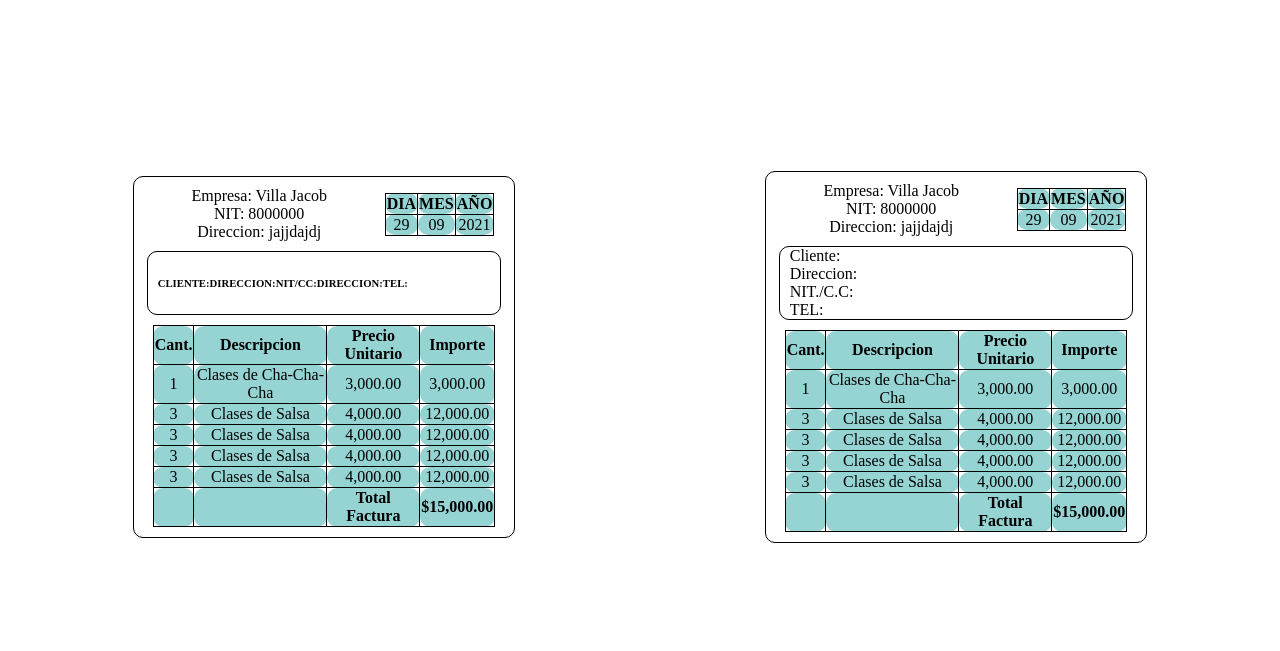
Repository: MrVanQish/FacturaEstructura
Page: index.html
These files come from the project's save history. The page is drawn as it stood at one moment and after the next save; the edit follows.
The browser window is 1280 px wide. The pictures show the whole page.

Above is the page before, as saved 2021-09-29 11:58:20.

After the next save:
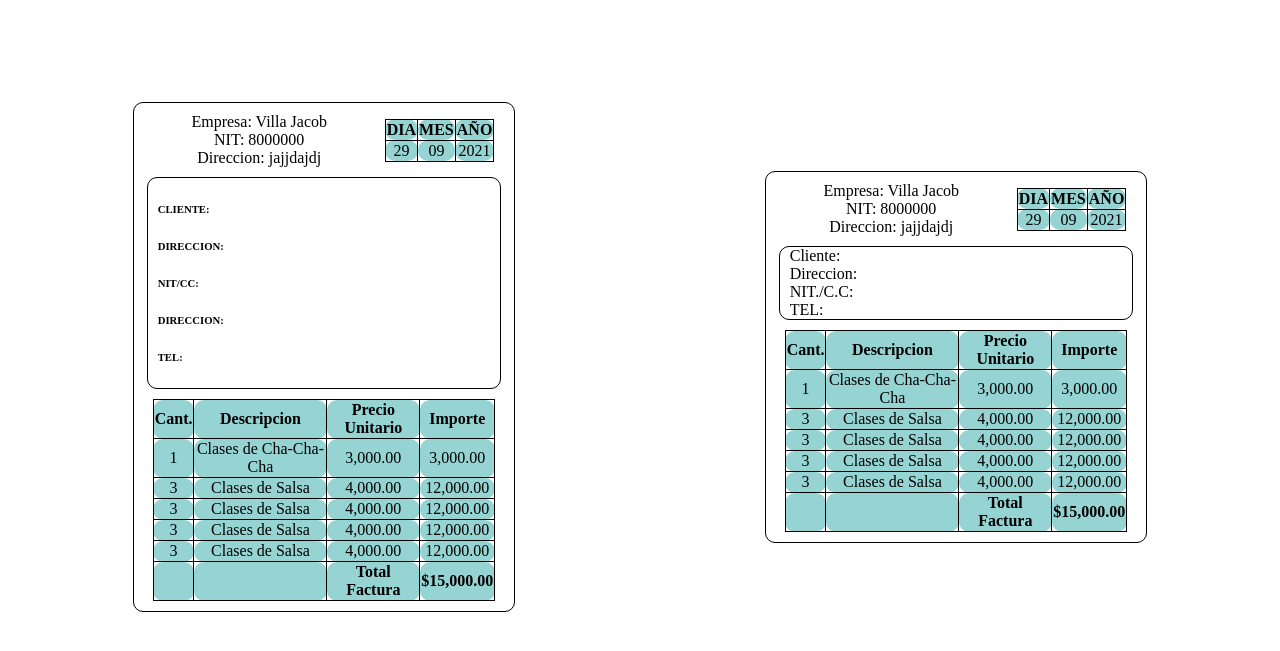
Saved 6 s later.
--- a/styles.css
+++ b/styles.css
@@ -84,7 +84,7 @@ th, td {
     justify-self: center;
     width: 90%;
     margin-bottom: 10px;
-    display: inline-flex;
+    display: block;
 
 }
 

After the save that followed:
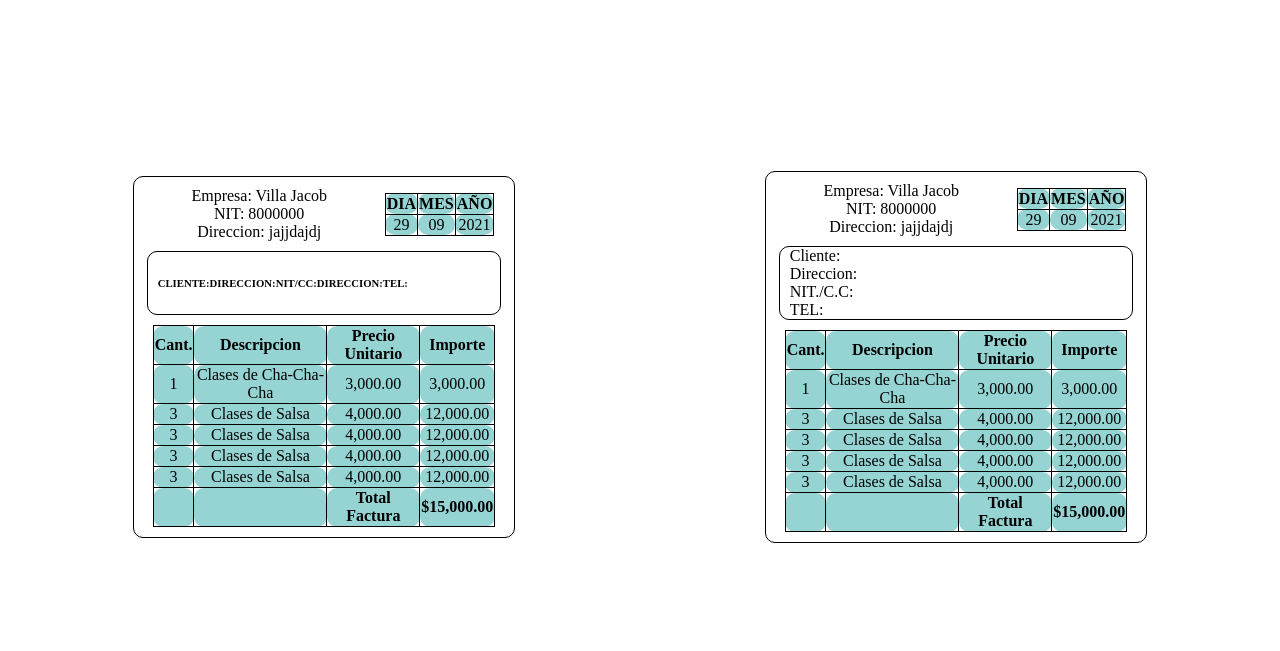
Saved 4 s later.
--- a/styles.css
+++ b/styles.css
@@ -84,7 +84,7 @@ th, td {
     justify-self: center;
     width: 90%;
     margin-bottom: 10px;
-    display: block;
+    display: flex;
 
 }
 
